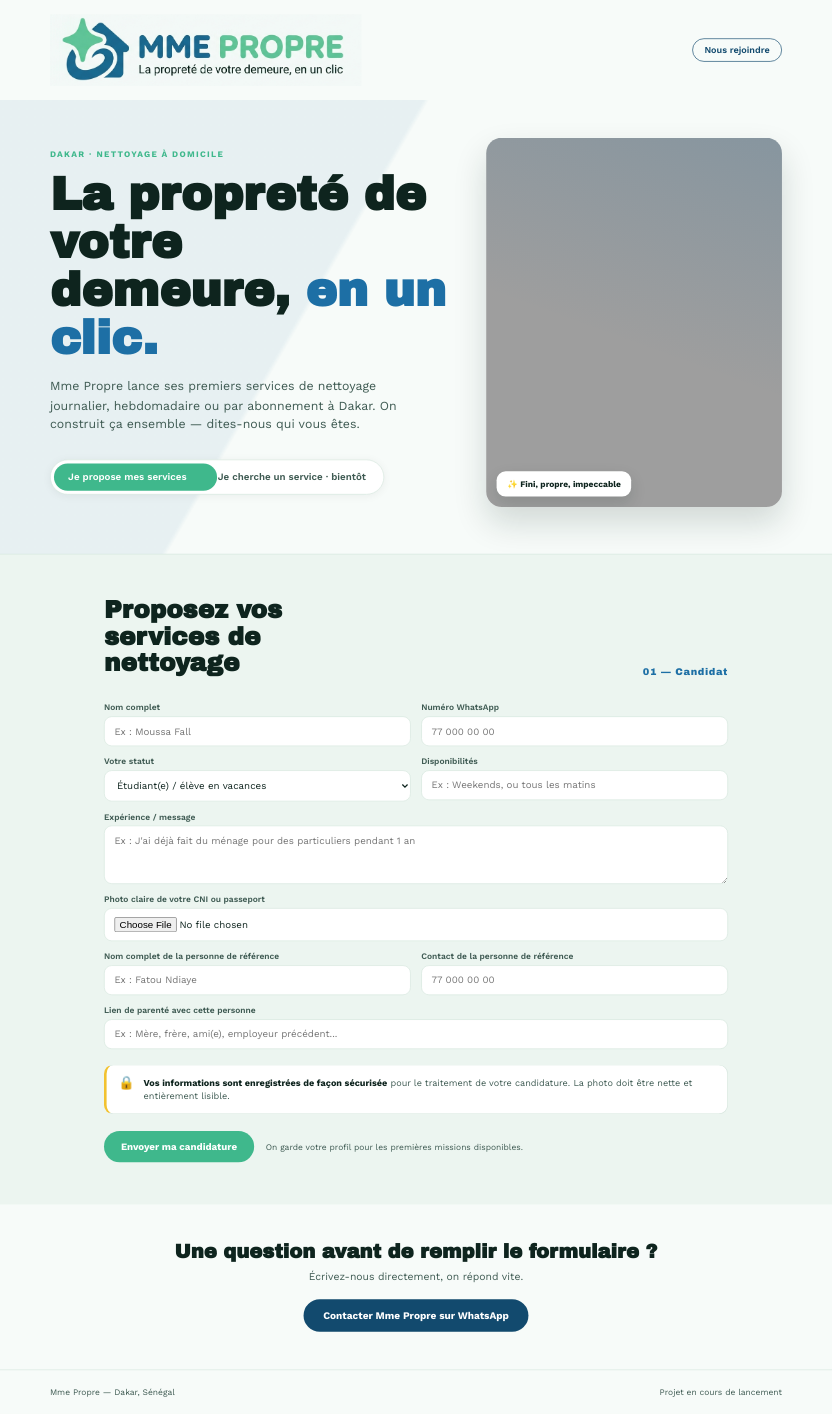
Repository: AntaaaKD/Mme-Propre
Page: test.html
An editor plug-in stored every save of this project. The page is shown before and after the next save, followed by the edit.
The browser window is 1280 px wide. The pictures show the whole page, at 65% of full size.
Pictures or frames that could not be fetched are drawn as grey boxes.

Above is the page before, as saved 2026-07-20 01:02:21.

### test.html
<!DOCTYPE html>
<html lang="fr">
<head>
<meta charset="UTF-8">
<meta name="viewport" content="width=device-width, initial-scale=1.0">
<title>Mme Propre — La propreté de votre demeure, en un clic</title>
<link rel="preconnect" href="https://fonts.googleapis.com">
<link rel="preconnect" href="https://fonts.gstatic.com" crossorigin>
<link href="https://fonts.googleapis.com/css2?family=Archivo+Black&family=Work+Sans:wght@400;500;600;700&display=swap" rel="stylesheet">
<style>
  :root{
    --surface:#F7FBF9;
    --surface-2:#ECF5F0;
    --ink:#0E241E;
    --ink-soft:#3E5A52;
    --blue:#1D6FA5;
    --blue-deep:#124A6E;
    --mint:#3FB88C;
    --lemon:#F2C230;
    --line:#D6E6DE;
    --radius:18px;
    --display:"Archivo Black", sans-serif;
    --body:"Work Sans", sans-serif;
  }
  *{box-sizing:border-box;}
  body{margin:0;padding:0;background:var(--surface);color:var(--ink);font-family:var(--body);}
  a{color:inherit;}

  /* ---------- HEADER ---------- */
  header{
    display:flex;align-items:center;justify-content:space-between;
    padding:22px 6vw;
  }
.logo{
    display:flex;
    align-items:center;
    text-decoration:none;
}

.logo-img{
    height:110px;
    width:auto;
    display:block;
}
  .header-cta{
    font-size:14px;font-weight:600;color:var(--blue-deep);
    border:1.5px solid var(--blue-deep);border-radius:999px;
    padding:9px 18px;text-decoration:none;
    transition:background .2s ease, color .2s ease;
  }
  .header-cta:hover{background:var(--blue-deep);color:#fff;}

  /* ---------- HERO ---------- */
  .hero{
    position:relative;
    padding:8vh 6vw 10vh;
    overflow:hidden;
  }
  .hero-grid{
    position:relative;z-index:2;
    display:grid;grid-template-columns:1.15fr 0.85fr;gap:56px;align-items:center;
  }
  @media (max-width:860px){
    .hero-grid{grid-template-columns:1fr;}
    .hero-image{order:-1;max-height:280px;}
  }
  .hero-image{
    position:relative;border-radius:24px;overflow:hidden;
    box-shadow:0 24px 50px rgba(14,36,30,0.16);
    aspect-ratio:4/5;
  }
  .hero-image img{
    width:100%;height:100%;object-fit:cover;display:block;
  }
  .hero-image::after{
    content:"";position:absolute;inset:0;
    background:linear-gradient(200deg, rgba(29,111,165,0.18), transparent 55%);
  }
  .hero-badge{
    position:absolute;bottom:16px;left:16px;z-index:3;
    background:#fff;border-radius:14px;padding:12px 16px;
    display:flex;align-items:center;gap:10px;
    box-shadow:0 10px 24px rgba(14,36,30,0.14);
    font-size:13px;font-weight:700;color:var(--ink);
  }
  .hero-wipe{
    position:absolute;inset:0;
    background:linear-gradient(120deg, var(--blue) 0%, var(--blue) 42%, transparent 42.5%);
    opacity:0.07;
    animation:wipe 6s ease-in-out infinite;
    pointer-events:none;
  }
  @keyframes wipe{
    0%,100%{transform:translateX(-8%);}
    50%{transform:translateX(8%);}
  }
  .eyebrow{
    font-size:13px;font-weight:700;letter-spacing:2px;text-transform:uppercase;
    color:var(--mint);margin-bottom:18px;
  }
  h1{
    font-family:var(--display);
    font-size:clamp(38px,6vw,72px);
    line-height:1.02;
    margin:0 0 22px;
    max-width:14ch;
  }
  h1 .accent{color:var(--blue);}
  .hero p{
    font-size:19px;color:var(--ink-soft);max-width:46ch;line-height:1.55;margin:0 0 40px;
  }

  /* ---------- SWITCH ---------- */
  .switch{
    display:inline-flex;background:#fff;border:1.5px solid var(--line);
    border-radius:999px;padding:5px;gap:4px;position:relative;
    box-shadow:0 2px 14px rgba(14,36,30,0.06);
  }
  .switch button{
    border:none;background:transparent;font-family:var(--body);font-weight:600;font-size:15px;
    padding:12px 22px;border-radius:999px;cursor:pointer;color:var(--ink-soft);
    transition:color .2s ease;position:relative;z-index:2;
  }
  .switch button.active{color:#fff;}
  .switch-thumb{
    position:absolute;top:5px;left:5px;bottom:5px;
    width:calc(50% - 5px);
    background:var(--mint);border-radius:999px;
    transition:transform .28s cubic-bezier(.65,0,.35,1);
    z-index:1;
  }
  .switch.pos-1 .switch-thumb{transform:translateX(100%);background:var(--blue-deep);}

  /* ---------- SECTION WRAPPER ---------- */
  .panel{
    background:var(--surface-2);
    border-top:1px solid var(--line);
    padding:9vh 6vw;
  }
  .panel-inner{max-width:960px;margin:0 auto;}
  .panel-head{display:flex;align-items:flex-end;justify-content:space-between;gap:24px;margin-bottom:40px;flex-wrap:wrap;}
  .panel h2{font-family:var(--display);font-size:clamp(26px,3.4vw,38px);margin:0;max-width:16ch;}
  .panel-head .num{font-family:var(--display);font-size:15px;color:var(--blue);letter-spacing:1px;}

  .grid{display:grid;grid-template-columns:1fr 1fr;gap:16px;}
  @media (max-width:680px){.grid{grid-template-columns:1fr;}}

  .field{display:flex;flex-direction:column;gap:6px;}
  .field.full{grid-column:1/-1;}
  label{font-size:13px;font-weight:600;color:var(--ink-soft);}
  input,select,textarea{
    font-family:var(--body);font-size:15px;
    border:1.5px solid var(--line);border-radius:12px;
    padding:13px 15px;background:#fff;color:var(--ink);
    outline:none;transition:border-color .18s ease;
  }
  input:focus,select:focus,textarea:focus{border-color:var(--blue);}
  textarea{resize:vertical;min-height:90px;}

  .submit-row{margin-top:26px;display:flex;align-items:center;gap:18px;flex-wrap:wrap;}
  .btn-whatsapp{
    display:inline-flex;align-items:center;gap:10px;
    background:var(--mint);color:#fff;border:none;border-radius:999px;
    padding:15px 26px;font-family:var(--body);font-weight:700;font-size:15px;cursor:pointer;
    transition:transform .15s ease, box-shadow .15s ease;
  }
  .btn-whatsapp:hover{transform:translateY(-2px);box-shadow:0 8px 22px rgba(63,184,140,0.35);}
  .hint{font-size:13px;color:var(--ink-soft);}

  .id-notice{
    display:flex;gap:14px;align-items:flex-start;
    background:#fff;border:1.5px solid var(--line);border-left:4px solid var(--lemon);
    border-radius:14px;padding:16px 18px;margin-top:24px;
  }
  .id-notice .icon{font-size:20px;line-height:1;}
  .id-notice p{margin:0;font-size:14px;color:var(--ink-soft);line-height:1.5;}
  .id-notice strong{color:var(--ink);}

  /* ---------- DIRECT CONTACT ---------- */
  .direct{
    padding:8vh 6vw;text-align:center;
  }
  .direct h3{font-family:var(--display);font-size:clamp(22px,3vw,30px);margin:0 0 12px;}
  .direct p{color:var(--ink-soft);margin:0 0 26px;font-size:16px;}
  .btn-direct{
    display:inline-flex;align-items:center;gap:10px;
    background:var(--blue-deep);color:#fff;border:none;border-radius:999px;
    padding:16px 30px;font-family:var(--body);font-weight:700;font-size:15.5px;text-decoration:none;
    transition:transform .15s ease;
  }
  .btn-direct:hover{transform:translateY(-2px);}

  footer{
    padding:26px 6vw;border-top:1px solid var(--line);
    font-size:13px;color:var(--ink-soft);
    display:flex;justify-content:space-between;flex-wrap:wrap;gap:10px;
  }

  .hidden{display:none;}

  /* ---------- SOON STATE (client) ---------- */
  .soon-card{
    background:#fff;border:1.5px dashed var(--line);border-radius:20px;
    padding:44px 40px;text-align:center;
  }
  .soon-badge{
    display:inline-block;font-size:12px;font-weight:700;letter-spacing:1px;text-transform:uppercase;
    background:var(--lemon);color:var(--ink);border-radius:999px;padding:6px 14px;margin-bottom:18px;
  }
  .soon-card h3{font-family:var(--display);font-size:24px;margin:0 0 12px;}
  .soon-card p{color:var(--ink-soft);font-size:16px;max-width:48ch;margin:0 auto 28px;line-height:1.55;}
</style>
</head>
<body>

<header>
  <div class="logo">
    <!-- Le chemin est relatif à votre fichier HTML -->
    <img src="images/logo-mmepropre.png"
         alt="Mme Propre"
         class="logo-img">
  </div>
  <a class="header-cta" href="#form">Nous rejoindre</a>
</header>

<section class="hero">
  <div class="hero-wipe"></div>
  <div class="hero-grid">
    <div>
      <div class="eyebrow">Dakar · Nettoyage à domicile</div>
      <h1>La propreté de votre<br>demeure, <span class="accent">en un clic.</span></h1>
      <p>Mme Propre lance ses premiers services de nettoyage journalier, hebdomadaire ou par abonnement à Dakar. On construit ça ensemble — dites-nous qui vous êtes.</p>

      <div class="switch pos-0" id="switch">
        <div class="switch-thumb"></div>
        <button class="active" data-target="candidat" onclick="setProfile('candidat')">Je propose mes services</button>
        <button data-target="client" onclick="setProfile('client')">Je cherche un service · bientôt</button>
      </div>
    </div>

    <div class="hero-image">
      <img src="https://african.land/oc-content/plugins/blog/img/blog/328.jpg" alt="Nettoyage professionnel à domicile">
      <div class="hero-badge">✨ Fini, propre, impeccable</div>
    </div>
  </div>
</section>

<section class="panel" id="form">
  <div class="panel-inner">

    <div id="panel-candidat">
      <div class="panel-head">
        <h2>Proposez vos services de nettoyage</h2>
        <span class="num">01 — Candidat</span>
      </div>
      <div class="grid">
        <div class="field"><label for="p-nom">Nom complet</label><input id="p-nom" type="text" placeholder="Ex : Moussa Fall"></div>
        <div class="field"><label for="p-tel">Numéro WhatsApp</label><input id="p-tel" type="tel" placeholder="77 000 00 00"></div>
        <div class="field">
          <label for="p-statut">Votre statut</label>
          <select id="p-statut">
            <option>Étudiant(e) / élève en vacances</option>
            <option>Professionnel(le) en recherche d'opportunité</option>
            <option>Autre</option>
          </select>
        </div>
        <div class="field"><label for="p-dispo">Disponibilités</label><input id="p-dispo" type="text" placeholder="Ex : Weekends, ou tous les matins"></div>
        <div class="field full"><label for="p-msg">Expérience / message</label><textarea id="p-msg" placeholder="Ex : J'ai déjà fait du ménage pour des particuliers pendant 1 an"></textarea></div>
        <div class="field full">
          <label for="p-photo">Photo claire de votre CNI ou passeport</label>
          <input id="p-photo" type="file" accept="image/*">
        </div>
        <div class="field"><label for="p-ref-nom">Nom complet de la personne de référence</label><input id="p-ref-nom" type="text" placeholder="Ex : Fatou Ndiaye"></div>
        <div class="field"><label for="p-ref-tel">Contact de la personne de référence</label><input id="p-ref-tel" type="tel" placeholder="77 000 00 00"></div>
        <div class="field full"><label for="p-ref-lien">Lien de parenté avec cette personne</label><input id="p-ref-lien" type="text" placeholder="Ex : Mère, frère, ami(e), employeur précédent..."></div>
      </div>

      <div class="id-notice">
        <span class="icon">🔒</span>
        <p><strong>Vos informations sont enregistrées de façon sécurisée</strong> pour le traitement de votre candidature. La photo doit être nette et entièrement lisible.</p>
      </div>

      <div class="submit-row">
        <button class="btn-whatsapp" id="submit-btn" onclick="submitCandidature()">Envoyer ma candidature</button>
        <span class="hint" id="submit-status">On garde votre profil pour les premières missions disponibles.</span>
      </div>
    </div>

    <div id="panel-client" class="hidden">
      <div class="panel-head">
        <h2>Demandez un nettoyage</h2>
        <span class="num">02 — Client</span>
      </div>
      <div class="soon-card">
        <span class="soon-badge">Bientôt disponible</span>
        <h3>Ce service arrive prochainement</h3>
        <p>Pour l'instant, Mme Propre se concentre sur le recrutement de son équipe de nettoyage. Le service de réservation pour les particuliers ouvrira dans une prochaine étape — restez connecté(e) pour être informé(e) dès son lancement.</p>
        <button class="btn-whatsapp" onclick="notifyMe()">Être informé(e) du lancement</button>
      </div>
    </div>

  </div>
</section>

<section class="direct">
  <h3>Une question avant de remplir le formulaire ?</h3>
  <p>Écrivez-nous directement, on répond vite.</p>
  <a class="btn-direct" id="direct-wa" href="#" target="_blank" rel="noopener">Contacter Mme Propre sur WhatsApp</a>
</section>

<footer>
  <span>Mme Propre — Dakar, Sénégal</span>
  <span>Projet en cours de lancement</span>
</footer>

<script>
  // ⚠️ Remplacer par le vrai numéro WhatsApp de Mme Propre, format international sans "+" ni espaces
  const WHATSAPP_NUMBER = "221775730664";

  // ⚠️ Remplacer par l'URL de ton application web Apps Script (se termine par /exec)
  const GAS_WEB_APP_URL = "https://script.google.com/macros/s/AKfycbztkSX3TyebbLAMASZva5rAbgVcuSgHpPOw3mWZLaVD60Z6R83ZnjcCemumw_IpcYI8/exec";

  function setProfile(target){
    const isClient = target === 'client';
    document.getElementById('panel-client').classList.toggle('hidden', !isClient);
    document.getElementById('panel-candidat').classList.toggle('hidden', isClient);
    document.getElementById('switch').classList.toggle('pos-0', !isClient);
    document.getElementById('switch').classList.toggle('pos-1', isClient);
    document.querySelectorAll('.switch button').forEach(b=>{
      b.classList.toggle('active', b.dataset.target === target);
    });
  }

  function fileToBase64(file){
    return new Promise((resolve, reject) => {
      const reader = new FileReader();
      reader.onload = () => resolve(reader.result);
      reader.onerror = reject;
      reader.readAsDataURL(file);
    });
  }

  async function submitCandidature(){
    const btn = document.getElementById('submit-btn');
    const status = document.getElementById('submit-status');

    const nom = document.getElementById('p-nom').value.trim();
    const tel = document.getElementById('p-tel').value.trim();
    const statut = document.getElementById('p-statut').value;
    const dispo = document.getElementById('p-dispo').value.trim();
    const experience = document.getElementById('p-msg').value.trim();
    const refNom = document.getElementById('p-ref-nom').value.trim();
    const refTel = document.getElementById('p-ref-tel').value.trim();
    const refLien = document.getElementById('p-ref-lien').value.trim();
    const photoInput = document.getElementById('p-photo');
    const photoFile = photoInput.files[0];

    if(!nom || !tel){
      status.textContent = "Merci de renseigner au moins votre nom et votre numéro.";
      status.style.color = "#B3261E";
      return;
    }

    btn.disabled = true;
    btn.textContent = "Envoi en cours...";
    status.style.color = "";
    status.textContent = "Merci de patienter, ça ne prend que quelques secondes.";

    try{
      let photoBase64 = "", photoMimeType = "", photoName = "";
      if(photoFile){
        photoBase64 = await fileToBase64(photoFile);
        photoMimeType = photoFile.type;
        photoName = photoFile.name;
      }

      await fetch(GAS_WEB_APP_URL, {
        method: "POST",
        mode: "no-cors",
        headers: { "Content-Type": "text/plain;charset=utf-8" },
        body: JSON.stringify({ nom, tel, statut, dispo, experience, refNom, refTel, refLien, photoBase64, photoMimeType, photoName })
      });

      btn.textContent = "Envoyé ✓";
      status.style.color = "#3FB88C";
      status.textContent = "Candidature reçue ! On revient vers vous très bientôt.";
      document.querySelectorAll('#panel-candidat input, #panel-candidat select, #panel-candidat textarea').forEach(el => {
        if(el.type === 'file') el.value = ""; else el.value = "";
      });
    } catch(err){
      btn.disabled = false;
      btn.textContent = "Envoyer ma candidature";
      status.style.color = "#B3261E";
      status.textContent = "Une erreur est survenue, réessayez ou contactez-nous sur WhatsApp.";
    }
  }

  function notifyMe(){
    const text = "Bonjour Mme Propre 👋\n\nJe suis intéressé(e) par le service de réservation de nettoyage. Merci de me prévenir dès son lancement !";
    const url = `https://wa.me/${WHATSAPP_NUMBER}?text=${encodeURIComponent(text)}`;
    window.open(url, '_blank');
  }

  document.getElementById('direct-wa').href = `https://wa.me/${WHATSAPP_NUMBER}?text=${encodeURIComponent("Bonjour Mme Propre, j'ai une question 👋")}`;
  setProfile('candidat');
</script>

</body>
</html>

After the next save:
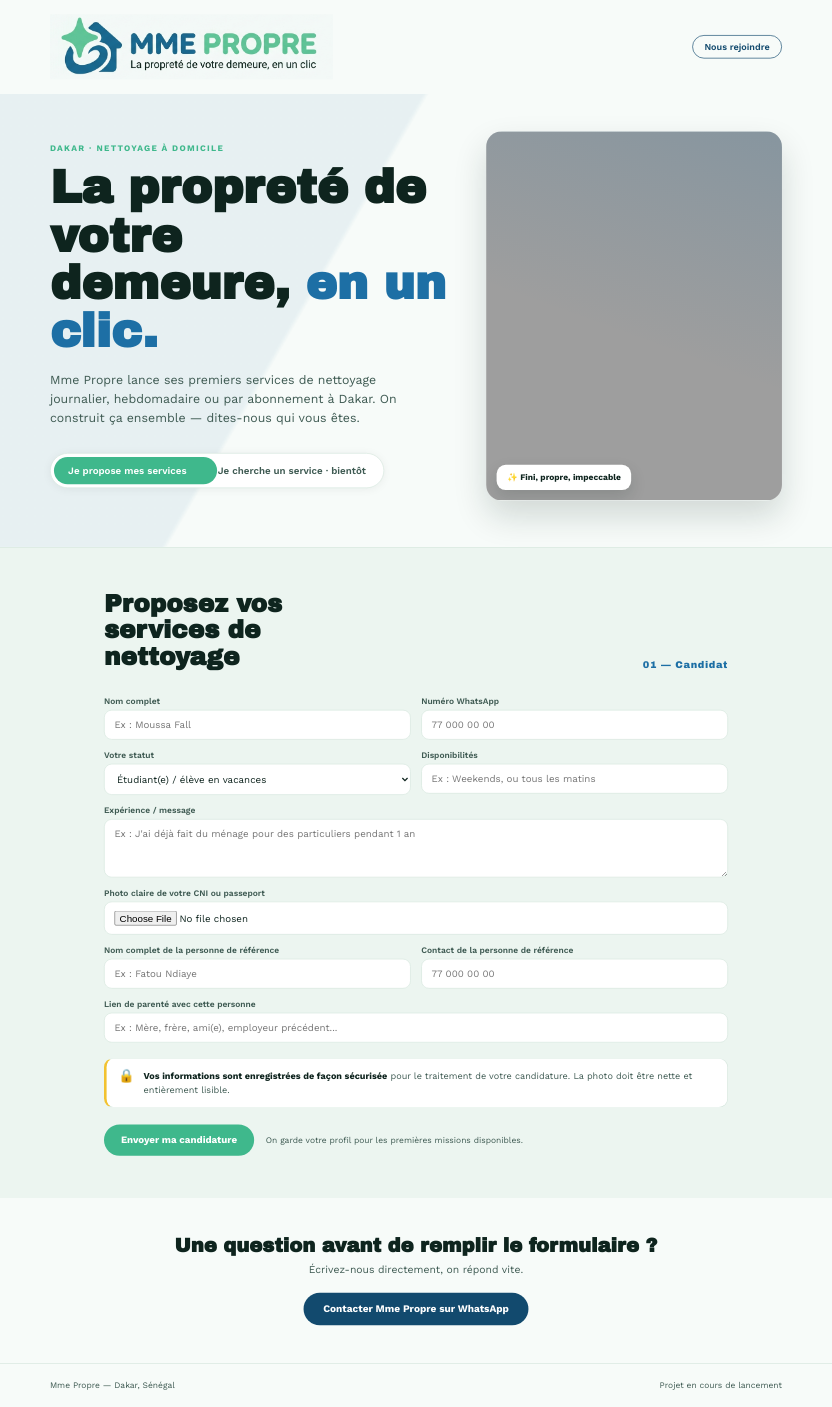
Saved 8 s later.
--- a/test.html
+++ b/test.html
@@ -38,7 +38,7 @@
 }
 
 .logo-img{
-    height:110px;
+    height:100px;
     width:auto;
     display:block;
 }
